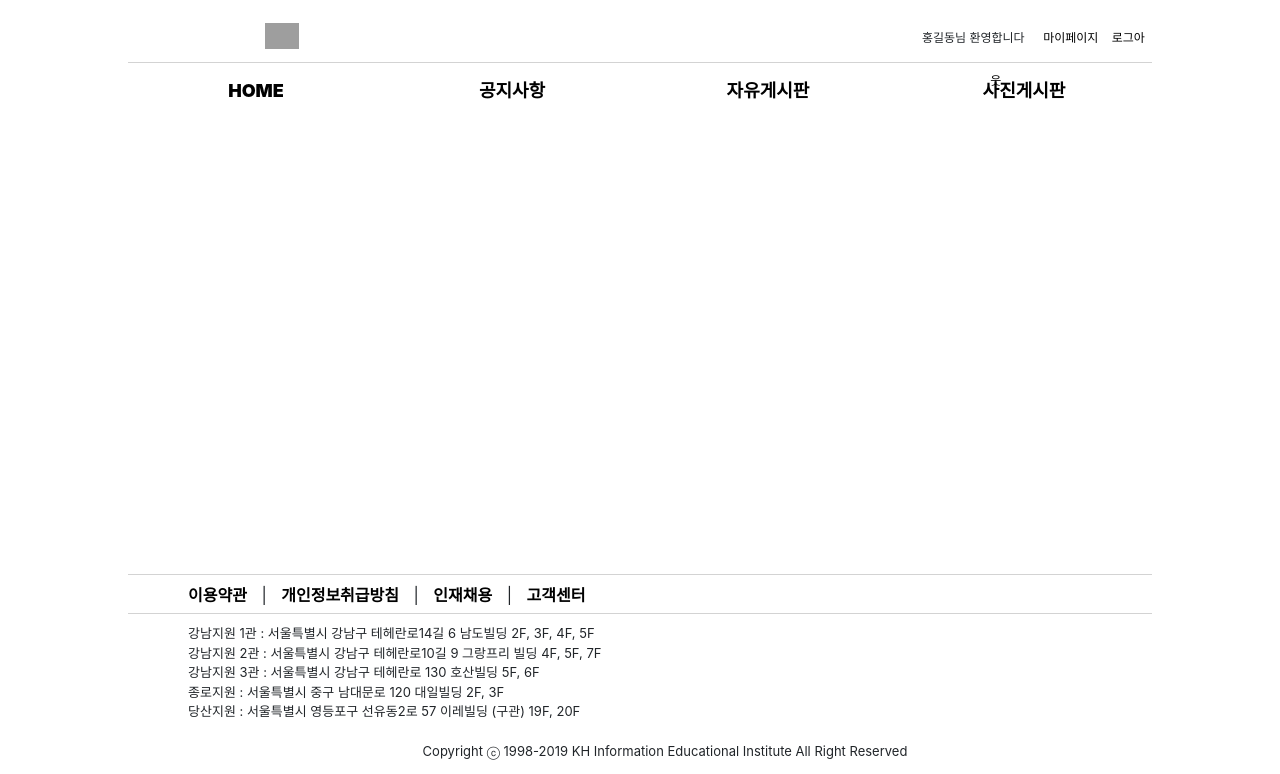
Repository: alsrnr45/SpringStudying
Page: http://localhost/springProject/
These files come from the project's save history. The page is drawn as it stood at one moment and after the next save; the edit follows.
The browser window is 1280 px wide. The pictures show the whole page.
Pictures or frames that could not be fetched are drawn as grey boxes. The page is served by Tomcat 9. Nobody is signed in. The application's start-up code is not run.

Above is the page before, as saved 2021-05-26 06:06:55.

After the next save:
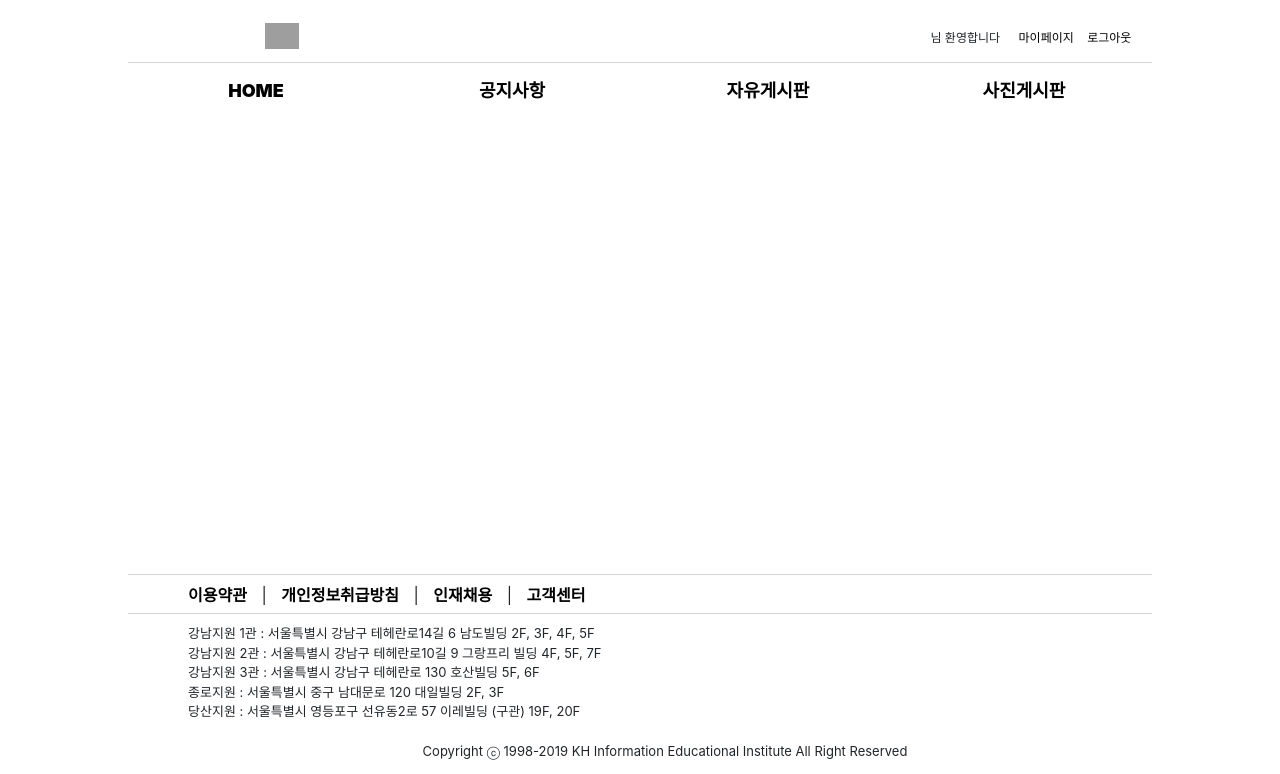
Saved 45 s later.
--- a/springProject/src/main/webapp/WEB-INF/views/common/header.jsp
+++ b/springProject/src/main/webapp/WEB-INF/views/common/header.jsp
@@ -79,7 +79,7 @@
 		            </c:when>
 	            	<c:otherwise>
 		                <!-- 로그인 후  -->
-		                <label>홍길동님 환영합니다</label> &nbsp;&nbsp;
+		                <label>${ loginUser.userName }님 환영합니다</label> &nbsp;&nbsp;
 		                <a href="">마이페이지</a>
 		                <a href="">로그아웃</a>
 	                </c:otherwise>
